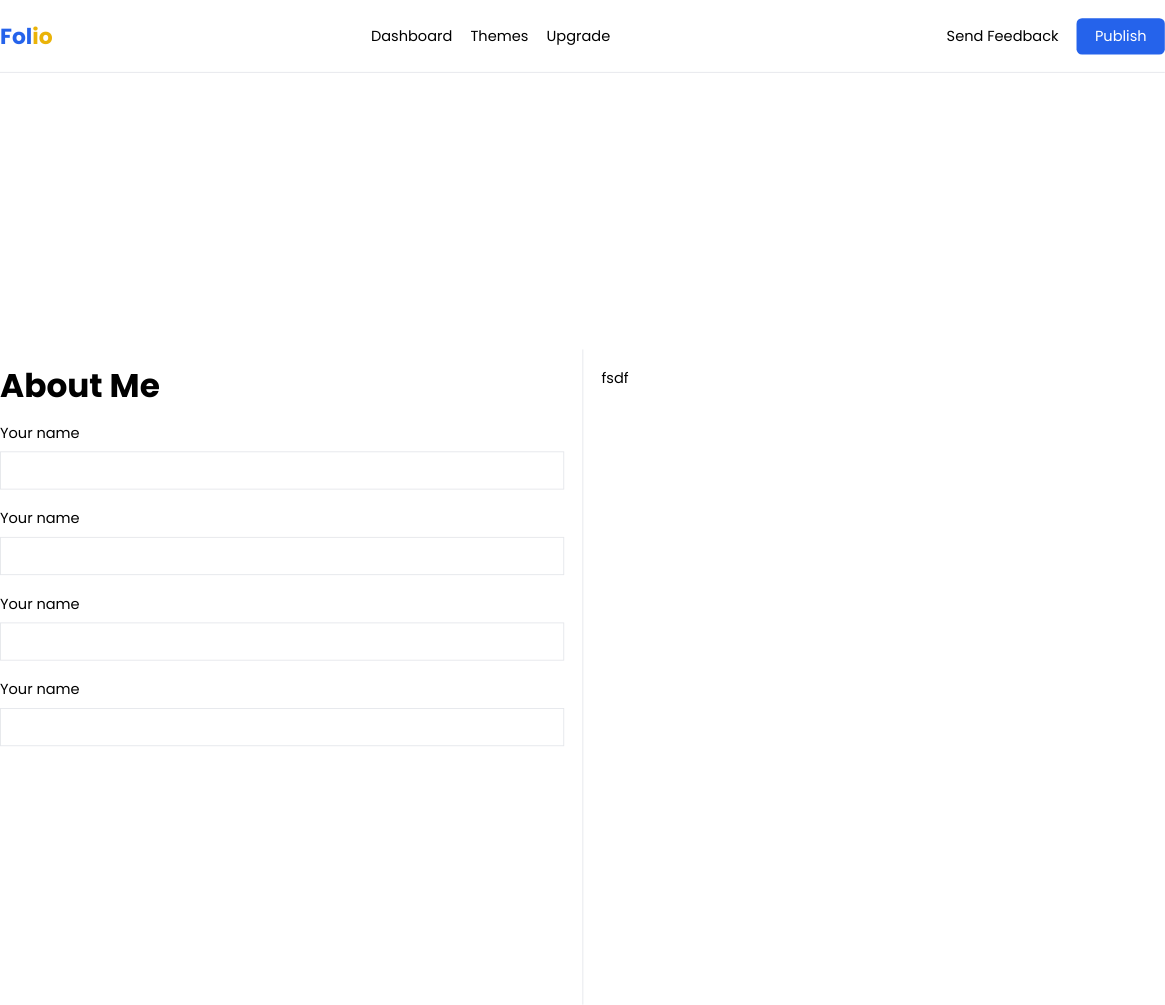
Repository: langford-dev/follio
Page: /
These files come from the project's save history. The page is drawn as it stood at one moment and after the next save; the edit follows.
The browser window is 1280 px wide. The pictures show the whole page, at 91% of full size.
The project was rebuilt for these pictures with package versions that can differ from the ones it lists, and the page was loaded fresh each time. The framework's server and built-in components were replaced by stand-ins that run in the browser. Also part of the build but not shown: next.config.js, components/pageView.js.

Above is the page before, as saved 2022-03-19 10:52:45.

After the next save:
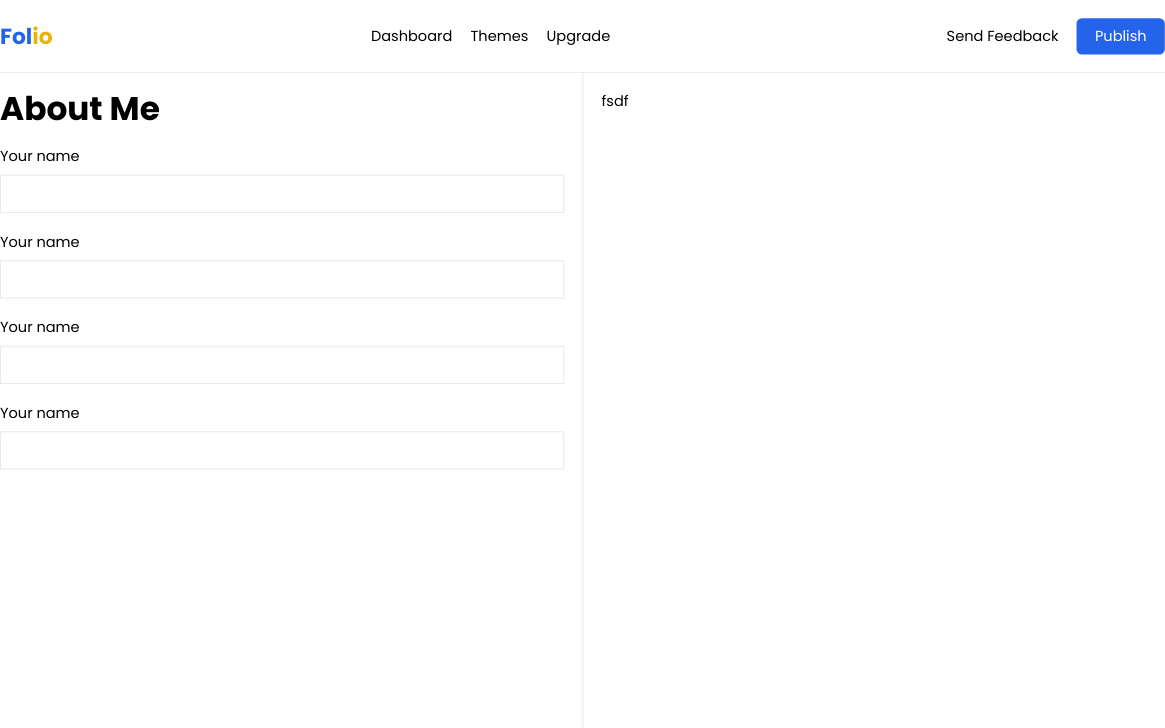
Saved 19 s later.
--- a/components/body.js
+++ b/components/body.js
@@ -1,7 +1,7 @@
 import PageView from "./pageView"
 
 const styles = {
-    pageView: `m-auto max-w-screen-xl h-screen pt-96`,
+    pageView: `m-auto max-w-screen-xl h-screen pt-20`,
     title: `text-4xl font-bold`,
     flexView: `flex h-screen`,
     editingView: `w-1/2 p-5 pl-0`,
